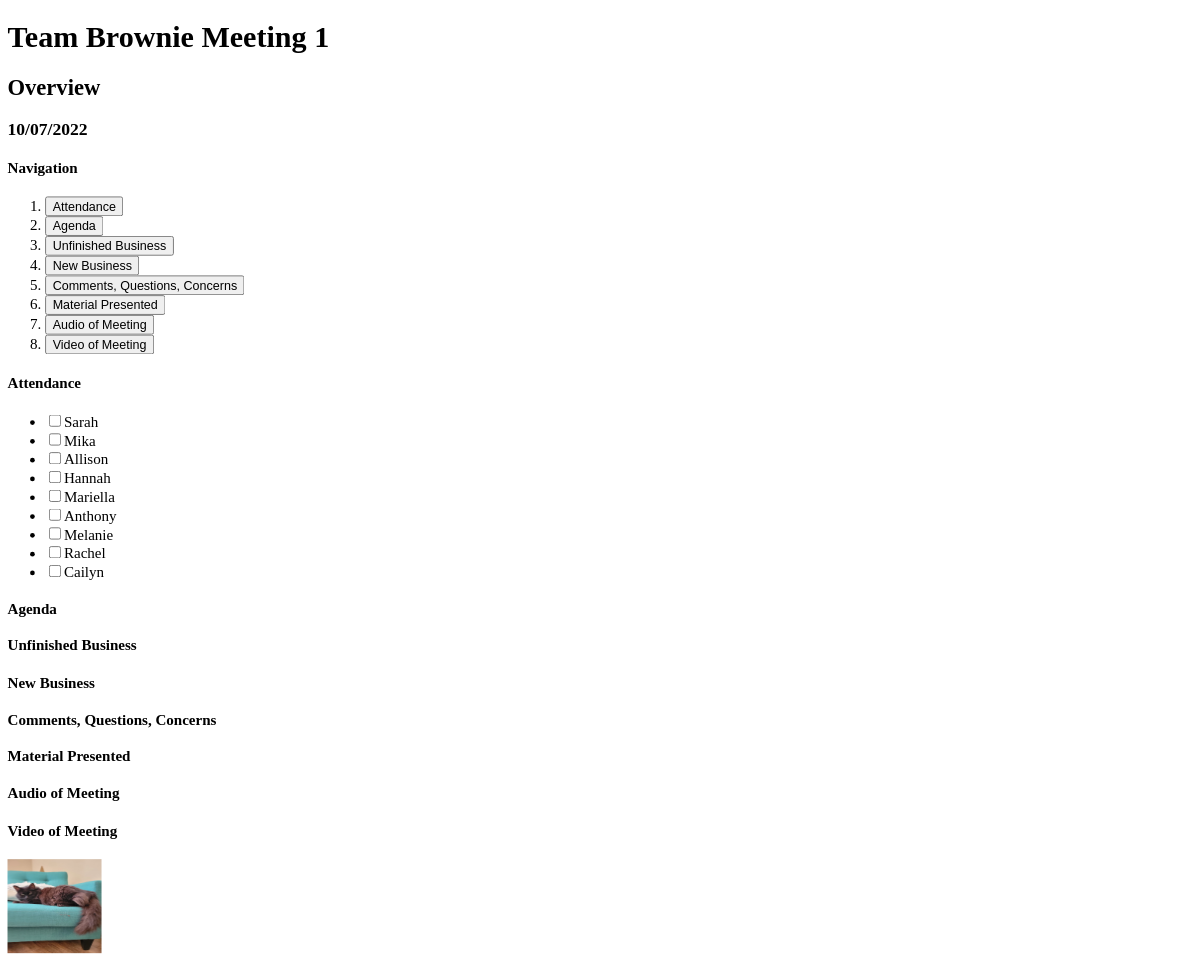
Repository: sarahtthomson/fa22-cse110-lab3
Page: index.html
These files come from the project's save history. The page is drawn as it stood at one moment and after the next save; the edit follows.
The browser window is 1280 px wide. The pictures show the whole page, at 94% of full size.

Above is the page before, as saved 2022-10-07 17:11:26.

After the next save:
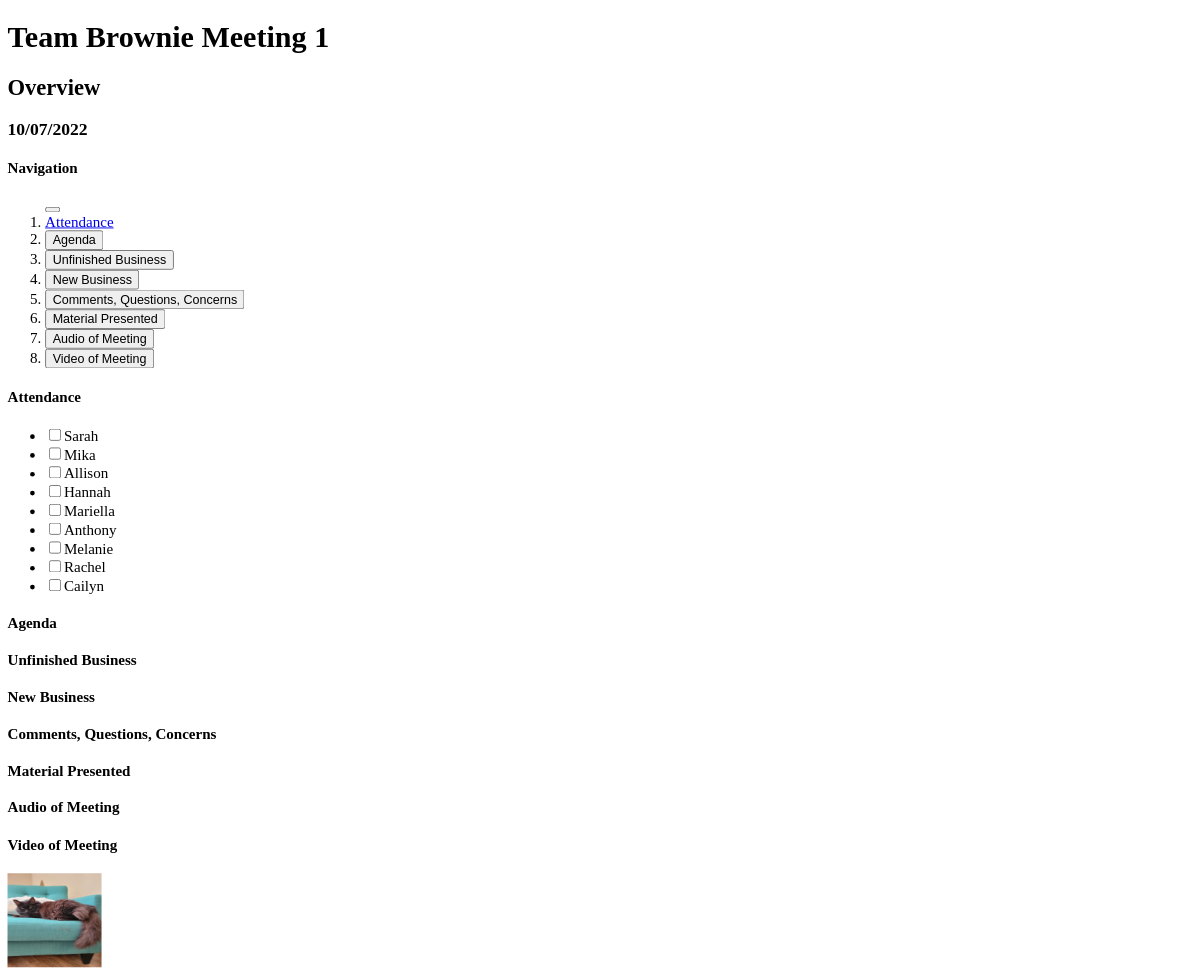
Saved 4 min 48 s later.
--- a/index.html
+++ b/index.html
@@ -15,7 +15,7 @@
             <nav class="nav">
                 <h4>Navigation</h4>
                 <ol>
-                    <li><a href="#Attendance" ><button type="button">Attendance</button></a></li>
+                    <button type="button"></button><li><a href="#Attendance">Attendance</a></li></button>
                     <li><a href="#Agenda"><button type="button">Agenda</button></a></li>
                     <li><a href="#Unfinished"><button type="button">Unfinished Business</button></a></li>
                     <li><a href="#New"><button type="button">New Business</button></a></li>

After the save that followed:
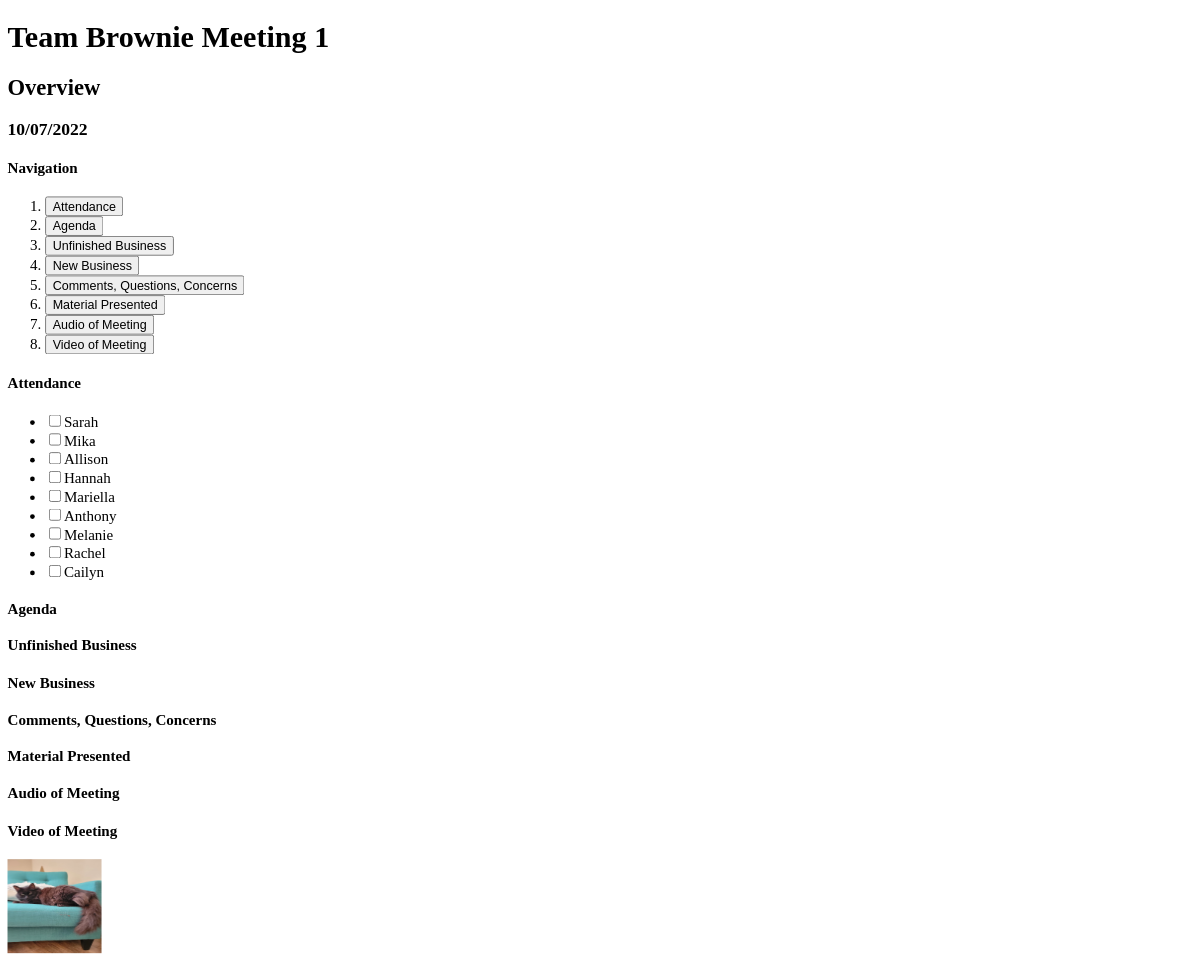
Saved 37 s later.
--- a/index.html
+++ b/index.html
@@ -15,7 +15,7 @@
             <nav class="nav">
                 <h4>Navigation</h4>
                 <ol>
-                    <button type="button"></button><li><a href="#Attendance">Attendance</a></li></button>
+                    <li><a href="#Attendance" ><button type="button">Attendance</button></a></li>
                     <li><a href="#Agenda"><button type="button">Agenda</button></a></li>
                     <li><a href="#Unfinished"><button type="button">Unfinished Business</button></a></li>
                     <li><a href="#New"><button type="button">New Business</button></a></li>
